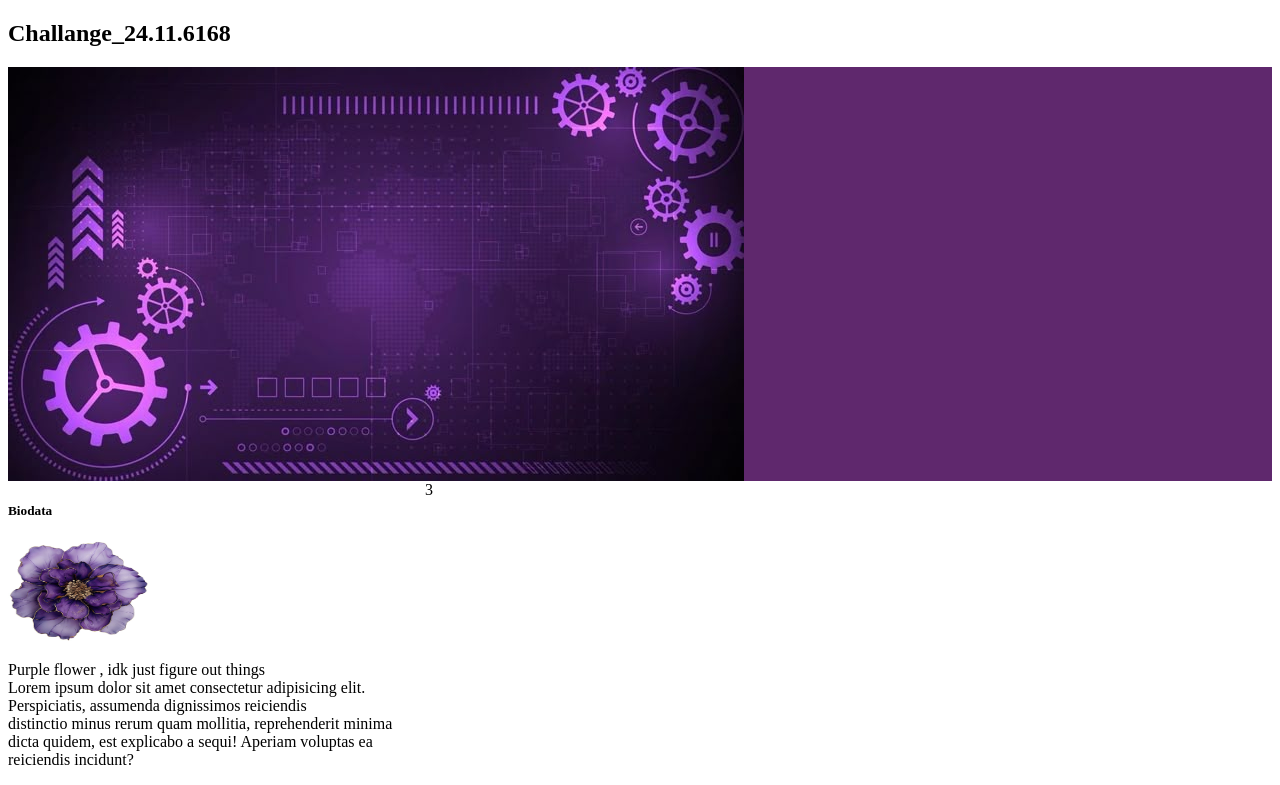
Repository: Ms-Ulfiyahrustam/p5_pemogramanweb
Page: index.html
These files come from the project's save history. The page is drawn as it stood at one moment and after the next save; the edit follows.
The browser window is 1280 px wide. The pictures show the whole page.

Above is the page before, as saved 2026-04-27 09:20:13.

### index.html
<!DOCTYPE html>
<html lang="en">
<head>
    <meta charset="UTF-8">
    <meta name="viewport" content="width=device-width, initial-scale=1.0">
    <link rel="stylesheet" href="style.css">
    <title>Document</title>
</head>
<body class="">
    <h2>Challange_24.11.6168</h2>
    <div class="flex-container">
        <img src="download.jpg" alt="">
    </div>
    <div class="leftside">
        <h5>Biodata</h5>
        <img src="purple.jpg" alt="" width="140" height="100" >
        <p>Purple flower , idk just figure out things <br>
            Lorem ipsum dolor sit amet consectetur adipisicing elit. Perspiciatis, assumenda dignissimos reiciendis  <br>
            distinctio minus rerum quam mollitia, reprehenderit minima dicta quidem, est explicabo a sequi! Aperiam voluptas ea reiciendis incidunt? <br>
        </p>
    </div>
    <div>3</div>
</body>
</html>

### style.css


.flex-container > div {
    background-color : white;
    margin: 10px;
    padding: 20px;
    font-size: 30;
}


.flex-container{
    display: flex;
    background-color: rgb(95, 40, 109);
    margin: auto;
}

.leftside{width:33%;
  float:left;

After the next save:
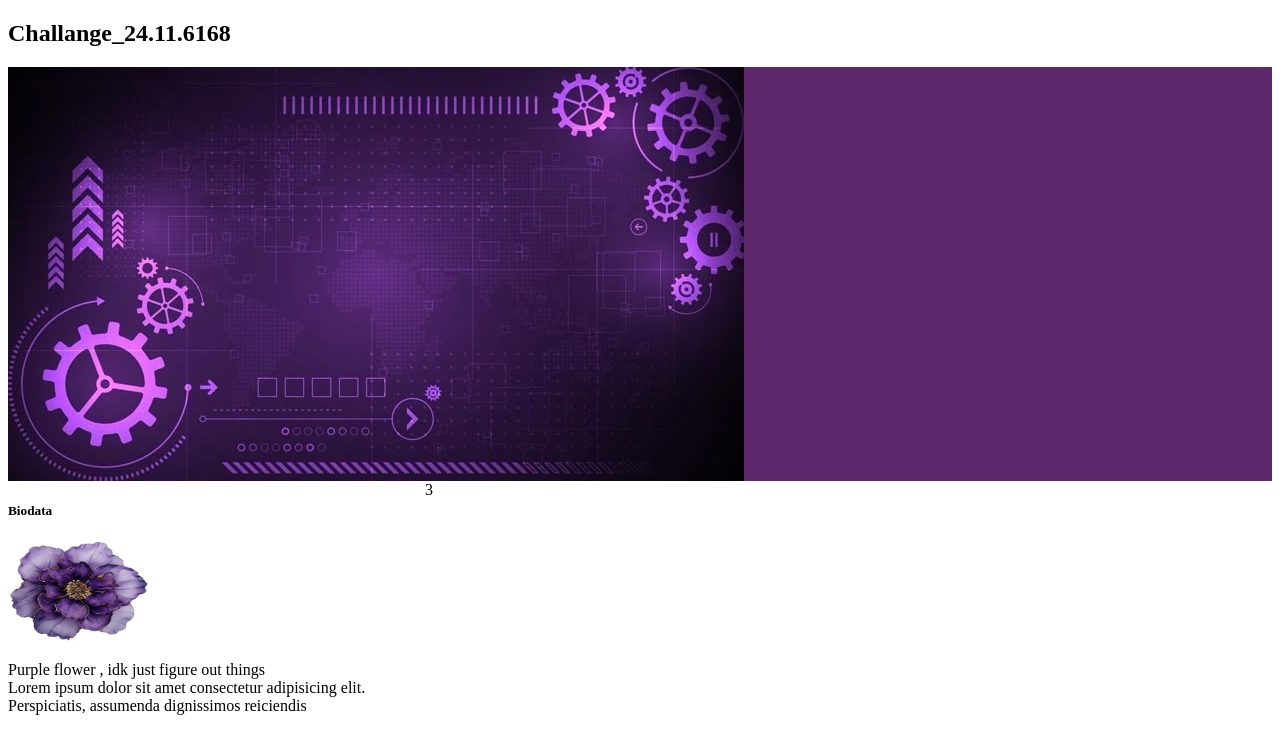
Saved 18 s later.
--- a/index.html
+++ b/index.html
@@ -16,7 +16,6 @@
         <img src="purple.jpg" alt="" width="140" height="100" >
         <p>Purple flower , idk just figure out things <br>
             Lorem ipsum dolor sit amet consectetur adipisicing elit. Perspiciatis, assumenda dignissimos reiciendis  <br>
-            distinctio minus rerum quam mollitia, reprehenderit minima dicta quidem, est explicabo a sequi! Aperiam voluptas ea reiciendis incidunt? <br>
         </p>
     </div>
     <div>3</div>
